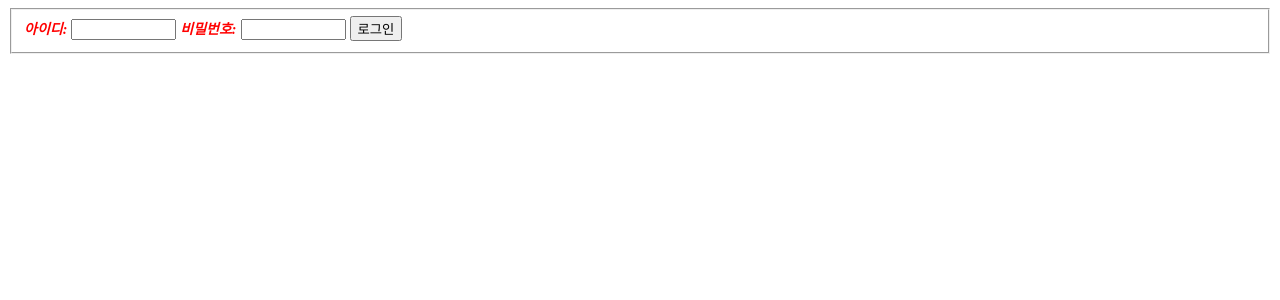
Repository: ygs3004/StudyHTML_CSS
Page: web project 01/src/main/webapp/chapter05/exam05_04.html
The author's editor kept a copy of each file at every save. The page is drawn from the files as they stood at one save, then again after the next save.
The browser window is 1280 px wide. The pictures show the whole page.

Above is the page before, as saved 2022-08-05 02:02:55.

### web project 01/src/main/webapp/chapter05/exam05_04.html
<!DOCTYPE html>
<html>
<head>
<meta charset="UTF-8">
<title>Insert title here</title>
<style type="text/css">
label{
	font-size:14px; /* 글자 간격 */
	line-height:25px; /* 줄 간격 */
}

label em{
	color : red; /* 글자색 */
	font-weight : 800; /* 글자 크기 */
}
</style>
</head>
<body>
	<form action="search.jsp" method="post">
			<fieldset>
			<label for="id"><em>아이디:</em></label>
			<input type="text" id="userid" size="10">
			<label for="pw"><em>비밀번호:</em></label>
			<input type="password" id="user_pw" size="10">
			<input type="submit" value="로그인">
			</fieldset>
	</form>
</body>
</html>

After the next save:
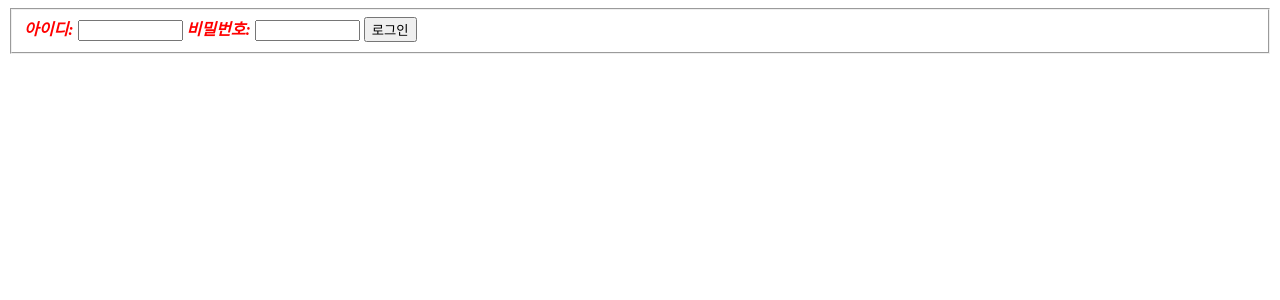
Saved 2 min 13 s later.
--- a/web project 01/src/main/webapp/chapter05/exam05_04.html
+++ b/web project 01/src/main/webapp/chapter05/exam05_04.html
@@ -4,10 +4,6 @@
 <meta charset="UTF-8">
 <title>Insert title here</title>
 <style type="text/css">
-label{
-	font-size:14px; /* 글자 간격 */
-	line-height:25px; /* 줄 간격 */
-}
 
 label em{
 	color : red; /* 글자색 */

After the save that followed:
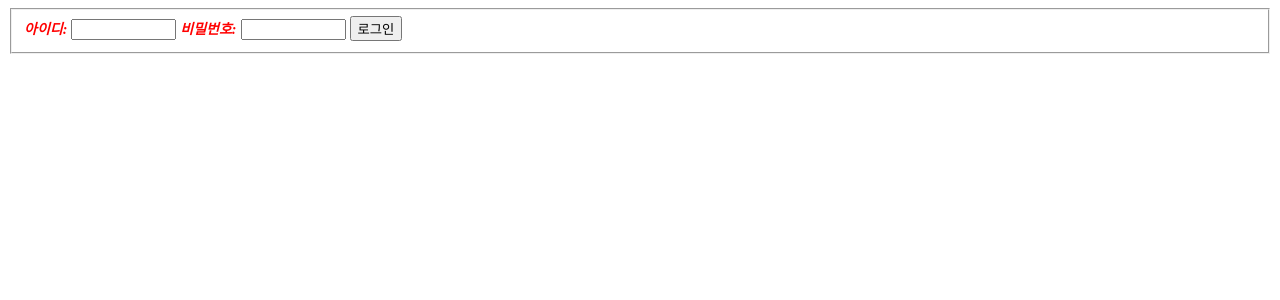
Saved 5 s later.
--- a/web project 01/src/main/webapp/chapter05/exam05_04.html
+++ b/web project 01/src/main/webapp/chapter05/exam05_04.html
@@ -4,6 +4,10 @@
 <meta charset="UTF-8">
 <title>Insert title here</title>
 <style type="text/css">
+label{
+	font-size:14px; /* 글자 간격 */
+	line-height:25px; /* 줄 간격 */
+}
 
 label em{
 	color : red; /* 글자색 */
